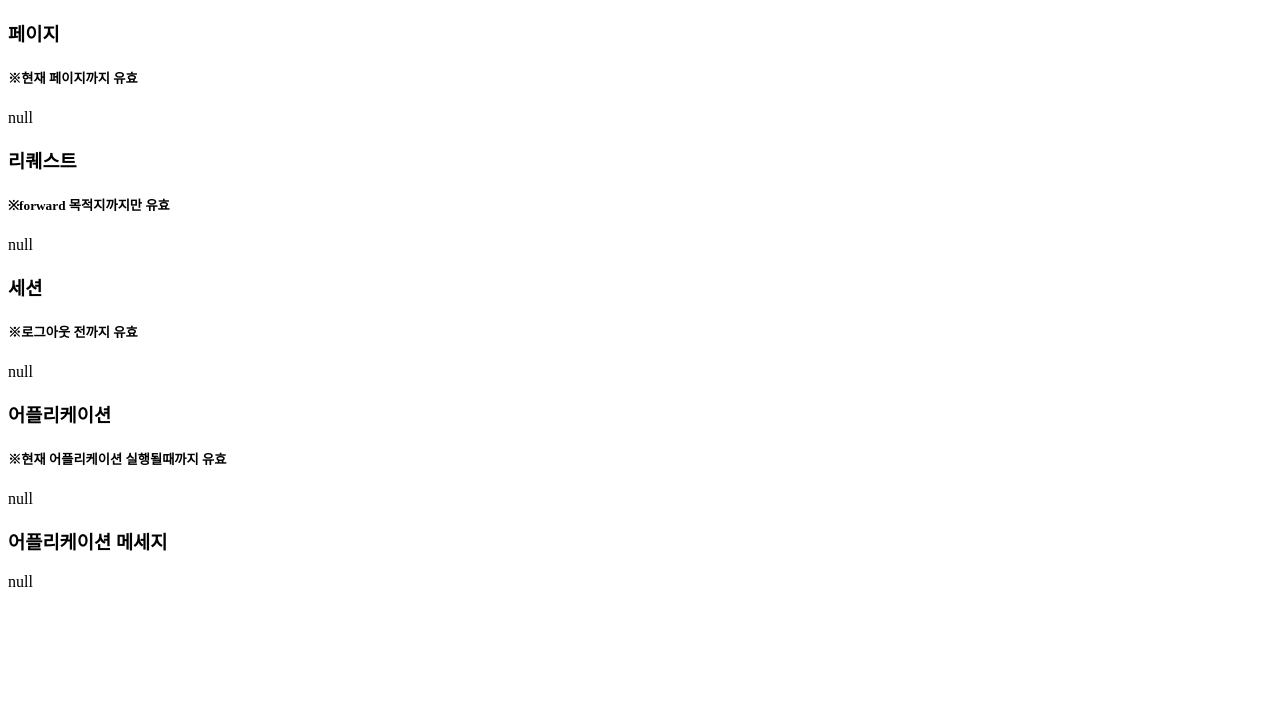
Repository: cordingdodo/javaworks2
Page: http://localhost/practice01/test08.jsp
An editor plug-in stored every save of this project. The page is shown before and after the next save, followed by the edit.
The browser window is 1280 px wide. The pictures show the whole page.
The page is served by Tomcat 9.

Above is the page before, as saved 2022-10-21 03:22:39.

After the next save:
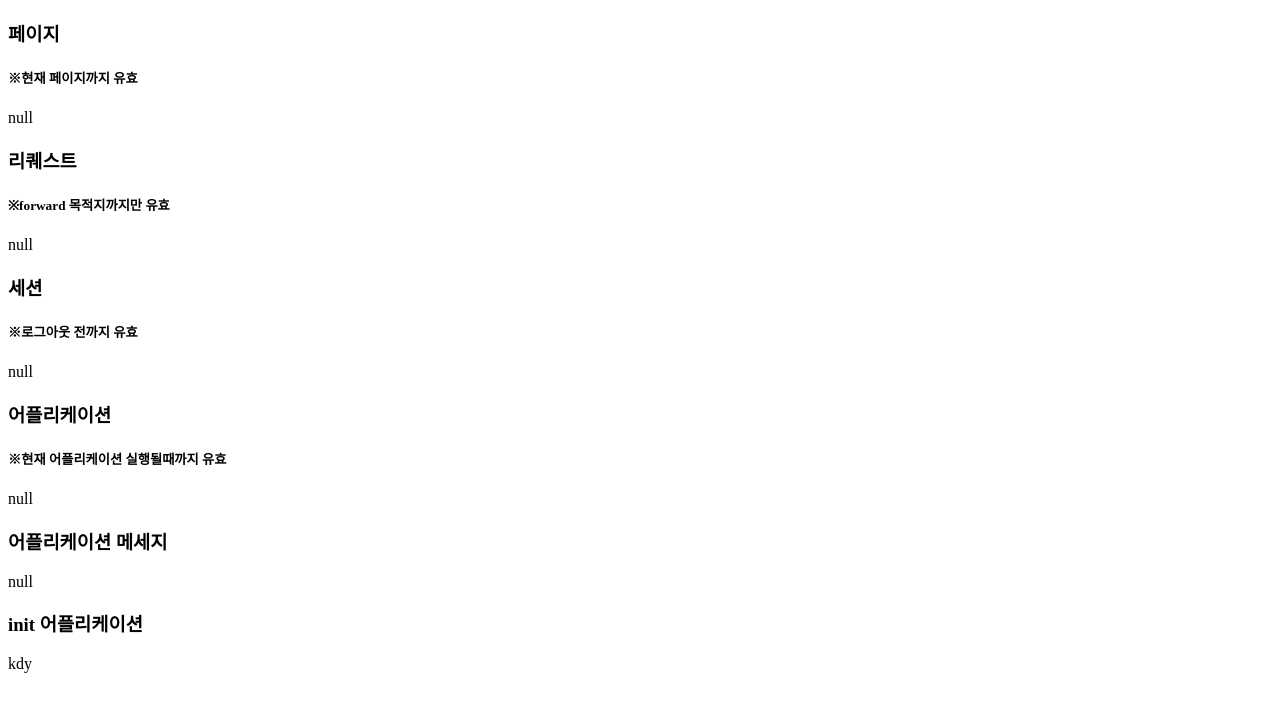
Saved 17 s later.
--- a/practice01/WebContent/test08.jsp
+++ b/practice01/WebContent/test08.jsp
@@ -18,6 +18,8 @@
 	out.println("<h3>어플리케이션</h3>"+"<h5>※현재 어플리케이션 실행될때까지 유효</h5>"+application.getAttribute("applicationdata"));
 	out.println("<h3>어플리케이션 메세지</h3>"+application.getAttribute("msg"));
 
+	out.println("<h3>init 어플리케이션</h3>"+application.getInitParameter("userId"));
+
 	 %>
 </body>
 </html>
